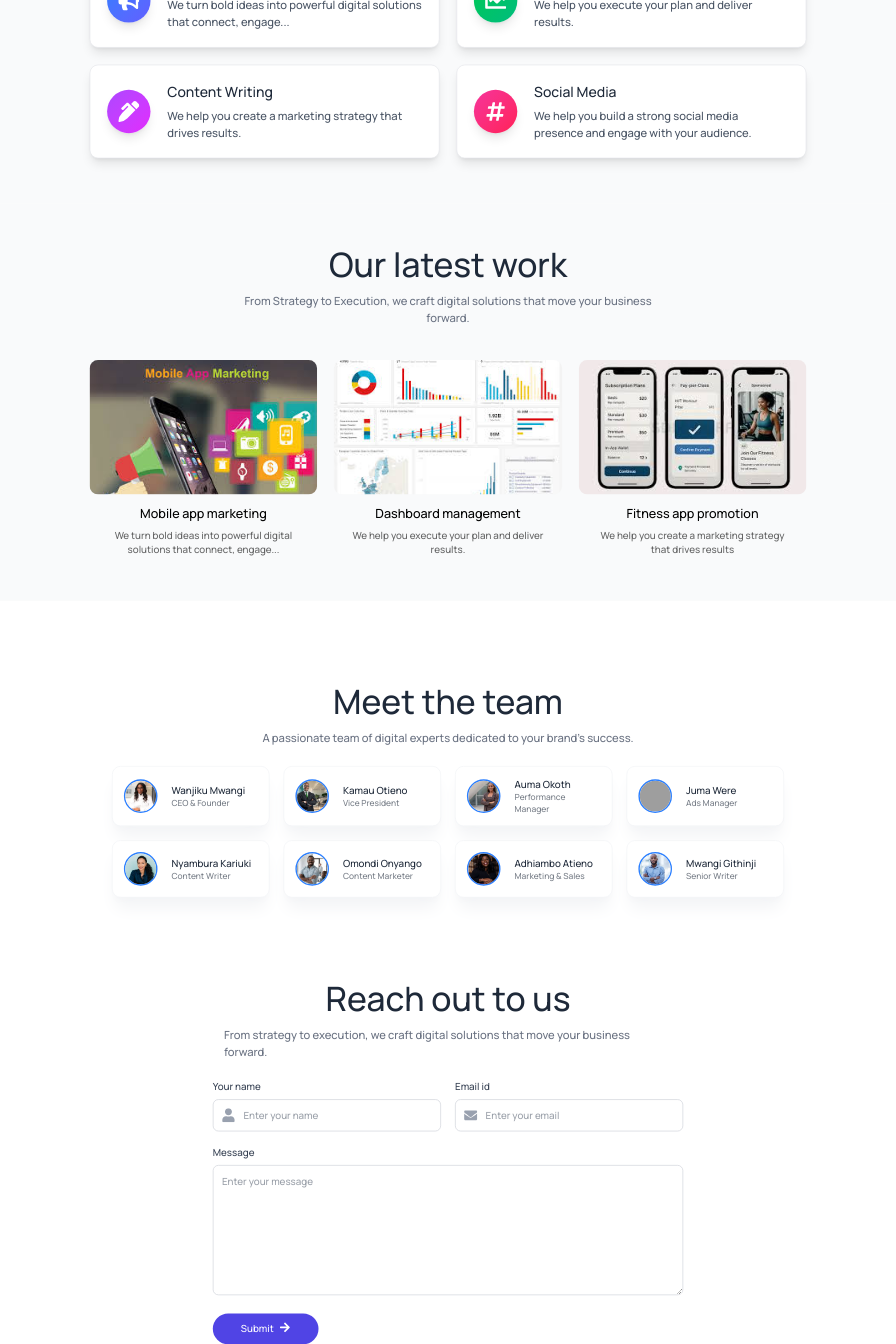
Repository: Prolenzy/magex
Page: /
These files come from the project's save history. The page is drawn as it stood at one moment and after a run of saves; the edit follows.
The browser window is 1280 px wide. The pictures show the part of the page from y = 1396 to 3316 px (the page is 3316 px tall), at 70% of full size.
Pictures or frames that could not be fetched are drawn as grey boxes. The project was rebuilt for these pictures with package versions that can differ from the ones it lists, and the page was loaded fresh each time. Also part of the build but not shown: vite.config.js.

Above is the page before, as saved 2025-08-17 03:36:44.

### index.html
<!doctype html>
<html lang="en" class="scroll-smooth">
  <head>
    <meta charset="UTF-8" />
    <link rel="icon" type="image/svg+xml" href="/touch-icon.png" />
    <meta name="viewport" content="width=device-width, initial-scale=1.0" />
    <title>Magex | Digital Experiences Powered by Imagination</title>
  </head>
  <body>
    <div id="root"></div>
    <script type="module" src="/src/main.jsx"></script>
  </body>
</html>

### src/index.css
@import url('https://fonts.googleapis.com/css2?family=Manrope:wght@200..800&display=swap');

@import "tailwindcss";

/* @custom-variant dark (&:where(.dark, .dark *)); */

*{
  font-family: "Manrope", sans-serif;
  font-weight: 500;
}

@theme {
  --color-primary: #5044E5;
}

### src/App.jsx
import React from 'react'
import Navbar from './components/Navbar'
import Hero from './components/Hero'
import Trustedby from './components/Trustedby'
import Services from './components/Services'
import OurWork from './components/OurWork'
import Teams from './components/Teams'
import ContactUs from './components/ContactUs'

const App = () => {
  return (
    <div>
      <Navbar />
      <Hero />
      <Trustedby />
      <Services />
      <OurWork />
      <Teams />
      <ContactUs />
    </div>
  )
}

export default App

### src/components/Navbar.jsx
import React, { useState } from 'react'

const Navbar = () => {

    const [sidebarOpen, setSidebarOpen] = useState(false)
  return (
    <div className='flex justify-between items-center px-4 sm:px-12 lg:px-24 xl:px-40 py-4
    sticky top-0 z-20 backdrop-blur-xl font-medium bg-white/50 dark:bg-gray-900/70'>

        <img src='/dox1.png' className='w-32 sm:w-40' alt=''/>

        <div className={`text-gray-700 sm:text-sm ${!sidebarOpen ? 'max-sm:w-0 overflow-hidden' :
        'max-sm:w-60 max-sm:pl-10'} max-sm:fixed top-0 bottom-0 right-0 max-sm:min-h-screen
        max-sm:h-full max-sm:flex-col max-sm:bg-primary max-sm:text-white max-sm:pt-20
        flex sm:items-center gap-5 transition-all`}>

             <img src='/ter1.png' alt='' className='w-5 absolute right-4 top-4 sm:hidden'
             onClick={() => setSidebarOpen(false)}/>

            <a onClick={() => setSidebarOpen(false)} href='#' className='sm:hover:border-b'>Home</a>
            <a onClick={() => setSidebarOpen(false)} href='#services' className='sm:hover:border-b'>services</a>
            <a onClick={() => setSidebarOpen(false)} href='#our-work' className='sm:hover:border-b'>Our Work</a>
            <a onClick={() => setSidebarOpen(false)} href='#contact-us' className='sm:hover:border-b'>Contact Us</a>
        </div>
        <div className='flex items-center gap-2 sm:gap-4'>

            <img src='/2001.png' alt='' onClick={() => setSidebarOpen(true)}
            className='w-8 sm:hidden' />
            <a href='#contact-us' className='text-sm max-sm:hidden flex items-center gap-2
            bg-primary text-white px-6 py-2 rounded-full cursor-pointer
            hover:scale-103 transition-all'>
                Connect <img src='/vay1.png' width={14} alt=''/>
            </a>
        </div>
    </div>
  )
}

export default Navbar

### src/components/Hero.jsx
import React from 'react'

const Hero = () => {
  return (
    <div id='hero' className='flex flex-col items-center gap-6 py-20 px-4 sm:px-12 lg:px-24
    xl:px-40 text-center w-full overflow-hidden text-gray-700'>

        <h1 className='text-4xl sm:text-5xl md:text-6xl xl:text-[84px] font-medium xl-leading-[95px]
        max-w-5xl'>
            Turning imaginations into <span className='bg-gradient-to-r from-[#5044e5]
            to-[#4d8cea] bg-clip-text text-transparent'>digital</span> impact.
        </h1>

        <p className='text-sm sm:text-lg font-medium text-gray-500 dark:text-white/75
        max-w-4/5 sm:max-w-lg pm-3'>Creating meaningful connections and turning big ideas
        into interactive digital
            experiences.</p>

            <div className='relative'>
                <img src='/macbook1.png' alt='' className='w-full max-w-6xl'/>
            </div>
    </div>
  )
}

export default Hero

### src/components/Trustedby.jsx
import React from 'react'

const Trustedby = () => {
    const company_logos = [
    '/Amazon1.png',
    '/fedex1.png',
    '/Hyundai1.png',
    '/mobil1.png',
    '/Nivea1.png',
    '/rolex1.png'
  ];
  return (
    <div className='flex flex-col items-center px-4 sm:px-12 lg:px-24 xl:px-40 gap-10
    text-gray-700 dark:text-white/80'>
        <h2 className='font-semibold'>Trusted by Leading Companies</h2>
        <div className='flex items-center justify-center flex-wrap gap-10 m-4'>
            {company_logos.map((logo, index) => (
                <img key={index} src={logo} alt={`Company Logo ${index + 1}`} className='max-h-10
                sm:max-h-12 md:max-h-14 dark:drop-shadow-1xl object-contain' />
            ))}
        </div>
    </div>
  )
}

export default Trustedby

### src/components/Services.jsx
import React from 'react';
import Title from './Title';
import {
  FaBullhorn, FaChartLine, FaPenAlt, FaHashtag
} from 'react-icons/fa';
import ServiceCard from './ServiceCard';

const Services = () => {
  const servicesData = [
    {
      title: 'Advertising',
      description: 'We turn bold ideas into powerful digital solutions that connect, engage...',
      icon: <FaBullhorn className="text-3xl" />,
      color: 'from-blue-500 to-indigo-500'
    },
    {
      title: 'Content Marketing',
      description: 'We help you execute your plan and deliver results.',
      icon: <FaChartLine className="text-3xl" />,
      color: 'from-green-500 to-emerald-500'
    },
    {
      title: 'Content Writing',
      description: 'We help you create a marketing strategy that drives results.',
      icon: <FaPenAlt className="text-3xl" />,
      color: 'from-purple-500 to-fuchsia-500'
    },
    {
      title: 'Social Media',
      description: 'We help you build a strong social media presence and engage with your audience.',
      icon: <FaHashtag className="text-3xl" />,
      color: 'from-pink-500 to-rose-500'
    }
  ];

  return (
    <section id='services' className='relative py-16 px-4 sm:px-8 lg:px-16 xl:px-32 bg-gray-50 dark:bg-gray-900'>
      <div className='max-w-7xl mx-auto flex flex-col items-center'> {/* Centered container */}
        <div className='w-full text-center mb-12'> {/* Full width but centered content */}
          <Title
            title='How can we help?'
            desc='From strategy to execution, we craft digital solutions that move your business forward.'
          />
        </div>

        <div className='grid grid-cols-1 md:grid-cols-2 gap-6 w-full'>
          {servicesData.map((service, index) => (
            <ServiceCard
              key={index}
              service={service}
              index={index}
            />
          ))}
        </div>
      </div>
    </section>
  );
};

export default Services;

### src/components/OurWork.jsx
import React from 'react'
import Title from './Title'

const OurWork = () => {
    const workData = [
        {
            title: 'Mobile app marketing',
            description: 'We turn bold ideas into powerful digital solutions that connect, engage...',
            image: '/mobile.jpeg'
        },
        {
            title: 'Dashboard management',
            description: 'We help you execute your plan and deliver results.',
            image: '/dashboard.jpeg'
        },
        {
            title: 'Fitness app promotion',
            description: 'We help you create a marketing strategy that drives results',
            image: '/fitness.jpeg'
        }
    ]

    return (
        <section id='our-work' className='py-16 px-4 sm:px-8 lg:px-16 xl:px-32 bg-gray-50 dark:bg-gray-900'>
            <div className='max-w-7xl mx-auto'>
                {/* Centered Title Section */}
                <div className='text-center mb-12'>
                    <Title
                        title='Our latest work'
                        desc='From Strategy to Execution, we craft digital solutions that move your business forward.'
                    />
                </div>

                {/* Centered Work Grid */}
                <div className='flex justify-center'>
                    <div className='grid sm:grid-cols-2 lg:grid-cols-3 gap-6 w-full max-w-5xl'>
                        {workData.map((work, index) => (
                            <div
                                key={index}
                                className='hover:scale-102 duration-500 transition-all cursor-pointer group text-center'
                            >
                                <div className='overflow-hidden rounded-xl mx-auto w-full'>
                                    <img
                                        src={work.image}
                                        className='w-full h-48 object-cover group-hover:scale-105 transition-transform duration-300'
                                        alt={work.title}
                                    />
                                </div>
                                <h3 className='mt-3 mb-2 text-lg font-semibold'>{work.title}</h3>
                                <p className='text-sm opacity-60 px-4'>{work.description}</p>
                            </div>
                        ))}
                    </div>
                </div>
            </div>
        </section>
    )
}

export default OurWork;

### src/components/Teams.jsx
import React from 'react';
import Title from './Title';

const Teams = () => {
  const teamData = [
    {
      name: 'Wanjiku Mwangi',
      title: 'CEO & Founder',
      image: '/wanjiku-ceo.jpeg' // Kenyan female executive
    },
    {
      name: 'Kamau Otieno',
      title: 'Vice President',
      image: '/kamau-vp.jpeg' // Kenyan male professional
    },
    {
      name: 'Auma Okoth',
      title: 'Performance Manager',
      image: '/auma-pm.jpeg' // Kenyan female manager
    },
    {
      name: 'Juma Were',
      title: 'Ads Manager',
      image: '/juma-ads.jpeg' // Kenyan male marketer
    },
    {
      name: 'Nyambura Kariuki',
      title: 'Content Writer',
      image: '/nyambura-writer.jpeg' // Kenyan female writer
    },
    {
      name: 'Omondi Onyango',
      title: 'Content Marketer',
      image: '/omondi-marketer.jpeg' // Kenyan male professional
    },
    {
      name: 'Adhiambo Atieno',
      title: 'Marketing & Sales',
      image: '/adhiambo-sales.jpeg' // Kenyan female sales executive
    },
    {
      name: 'Mwangi Githinji',
      title: 'Senior Writer',
      image: '/mwangi-senior-writer.jpeg' // Kenyan male senior professional
    }
  ];

  return (
    <div className='flex flex-col items-center gap-7 px-4 sm:px-12 lg:px-24 xl:px-40 pt-30 text-gray-800 dark:text-gray-100'>
      <Title
        title='Meet the team'
        desc="A passionate team of digital experts dedicated to your brand's success."
      />
      <div className='grid grid-cols-2 md:grid-cols-3 xl:grid-cols-4 gap-5 w-full'>
        {teamData.map((team, index) => (
          <div
            key={index}
            className='flex max-sm:flex-col items-center gap-5 p-4 rounded-xl border border-gray-100 dark:border-gray-700 bg-white dark:bg-gray-800 shadow-xl shadow-gray-100 dark:shadow-gray-900 hover:scale-103 transition-all duration-400'
          >
            <img
              src={team.image}
              className='w-12 h-12 rounded-full object-cover border-2 border-blue-500'
              alt={`${team.name}, ${team.title}`}
            />
            <div className='flex-1'>
              <h3 className='font-bold text-sm'>{team.name}</h3>
              <p className='text-xs opacity-60 dark:opacity-80'>{team.title}</p>
            </div>
          </div>
        ))}
      </div>
    </div>
  );
};

export default Teams;

### src/components/ContactUs.jsx
import React from 'react'
import Title from './Title'
import { FaArrowRight, FaEnvelope, FaUser } from 'react-icons/fa'; // Import the icon

const ContactUs = () => {
  return (
    <div id='contact-us' className='flex flex-col items-center gap-7 px-4 sm:px-12 lg:px-24 xl:px-40 pt-30
    text-gray-700'>
        <Title title='Reach out to us' desc='From strategy to execution, we craft digital solutions that move your
        business forward.' />

        <form className='grid sm:grid-cols-2 gap-3 sm:gap-5 max-w-2xl w-full'>
            <div>
                <p className='mb-2 text-sm font-medium'>Your name</p>
                <div className='flex items-center pl-3 rounded-lg border border-gray-300'>
                    {/* Use the React icon component instead of the img tag */}
                    <FaUser className='text-gray-400' size={20} />
                    <input
                        type='text'
                        placeholder='Enter your name'
                        className='w-full p-3 text-sm outline-none' required
                    />
                </div>
            </div>

            <div>
                <p className='mb-2 text-sm font-medium'>Email id</p>
                <div className='flex items-center pl-3 rounded-lg border border-gray-300'>
                    {/* Use the React icon component instead of the img tag */}
                    <FaEnvelope className='text-gray-400' size={20} />
                    <input
                        type='email'
                        placeholder='Enter your email'
                        className='w-full p-3 text-sm outline-none' required
                    />
                </div>
            </div>
            <div className='sm:col-span-2'>
                <p className='mb-2 text-sm font-medium'>Message</p>
                <textarea rows={8} placeholder='Enter your message' className='w-full p-3 text-sm outline-none
                rounded-lg border border-gray-300' />
            </div>

            <button
                type='submit'
                className='w-max flex gap-2 bg-primary text-white text-sm px-10 py-3 rounded-full
                cursor-pointer hover:scale-103 transition-all'
                >
                Submit <FaArrowRight size={16} />
            </button>
        </form>
    </div>
  )
}

export default ContactUs;

### src/components/Title.jsx
import React from 'react';

const Title = ({title, desc}) => {
  return (
    <div className='flex flex-col items-center'> {/* Ensures centering */}
      <h2 className='text-3xl sm:text-5xl font-medium text-gray-800 dark:text-white mb-4'>
        {title}
      </h2>
      <p className='max-w-2xl text-gray-500 dark:text-white/75 px-4'>
        {desc}
      </p>
    </div>
  );
};

export default Title;

### src/components/ServiceCard.jsx
import React, { useState, useRef } from 'react';

const ServiceCard = ({ service, index }) => {
  const [position, setPosition] = useState({ x: 0, y: 0 });
  const [visible, setVisible] = useState(false);
  const divRef = useRef(null);

  const handleMouseMove = (e) => {
    const bounds = divRef.current.getBoundingClientRect();
    setPosition({
      x: e.clientX - bounds.left,
      y: e.clientY - bounds.top
    });
  };

  return (
    <div
      ref={divRef}
      onMouseMove={handleMouseMove}
      onMouseEnter={() => setVisible(true)}
      onMouseLeave={() => setVisible(false)}
      className="relative h-full overflow-hidden rounded-xl border border-gray-200 dark:border-gray-700 shadow-lg hover:shadow-xl transition-all duration-300 bg-white dark:bg-gray-800"
    >
      {/* Animated gradient background */}
      <div
        className={`absolute inset-0 bg-gradient-to-br ${service.color} opacity-0 transition-opacity duration-500 ${visible ? 'opacity-10' : ''}`}
        style={{
          transform: `translate(calc(${position.x}px - 50%), calc(${position.y}px - 50%)`,
          backgroundPosition: `${position.x}px ${position.y}px`
        }}
      />

      {/* Content */}
      <div className="relative z-10 p-6 h-full flex flex-col sm:flex-row items-center gap-6">
        <div className={`p-4 rounded-full bg-gradient-to-br ${service.color} text-white shadow-lg`}>
          {service.icon}
        </div>

        <div className="flex-1">
          <h3 className="text-xl font-bold text-gray-800 dark:text-white mb-2">
            {service.title}
          </h3>
          <p className="text-gray-600 dark:text-gray-300">
            {service.description}
          </p>
        </div>
      </div>
    </div>
  );
};

export default ServiceCard;

Loaded but not shown: src/main.jsx (common file)

After the next 3 saves:
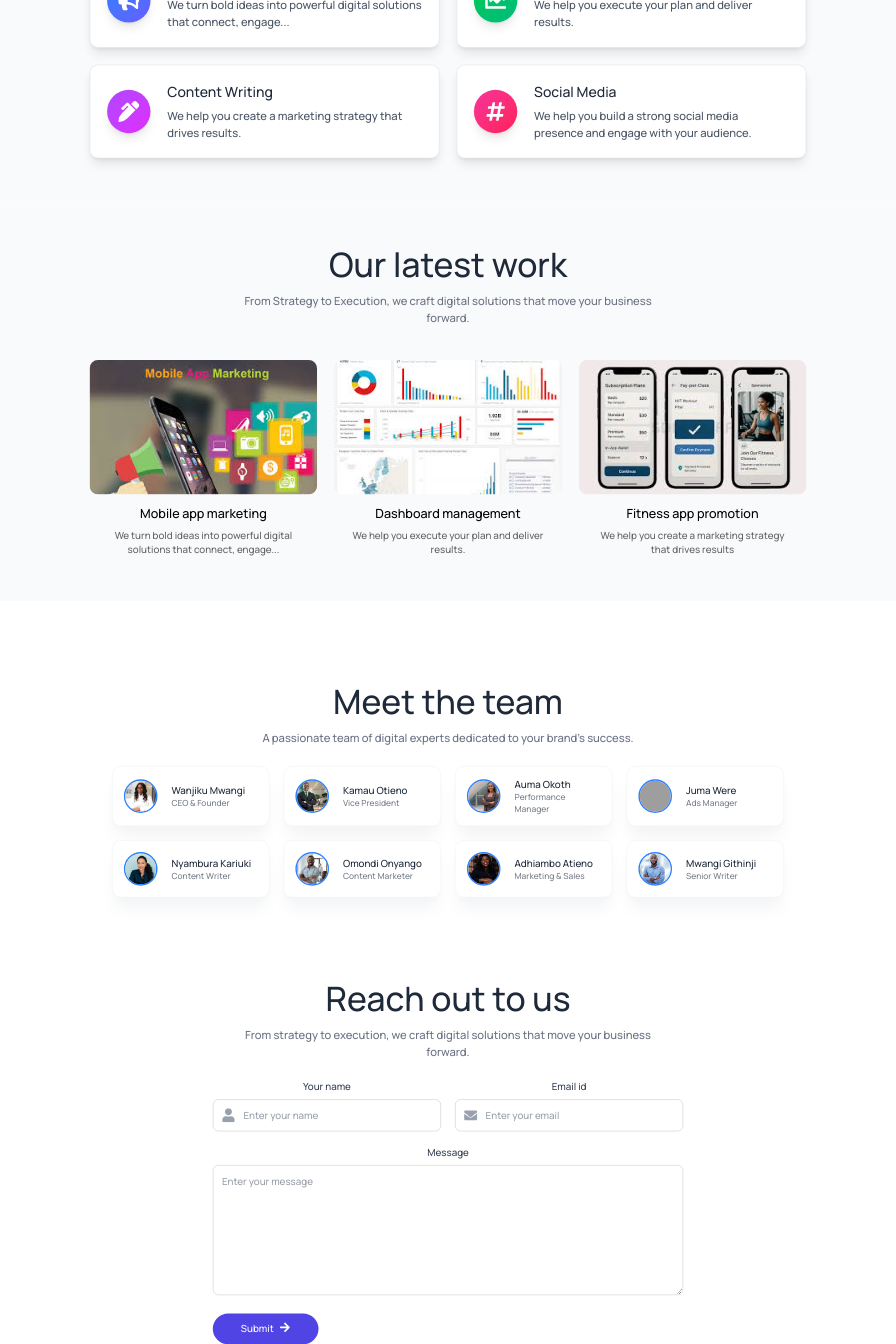
The 3 saves are shown as one change because they came seconds apart.
The last was saved 2 min 57 s later.
--- a/src/components/ContactUs.jsx
+++ b/src/components/ContactUs.jsx
@@ -5,7 +5,7 @@
 const ContactUs = () => {
   return (
     <div id='contact-us' className='flex flex-col items-center gap-7 px-4 sm:px-12 lg:px-24 xl:px-40 pt-30
-    text-gray-700'>
+    text-gray-700 text-center'>
         <Title title='Reach out to us' desc='From strategy to execution, we craft digital solutions that move your
         business forward.' />
 

After the save that followed:
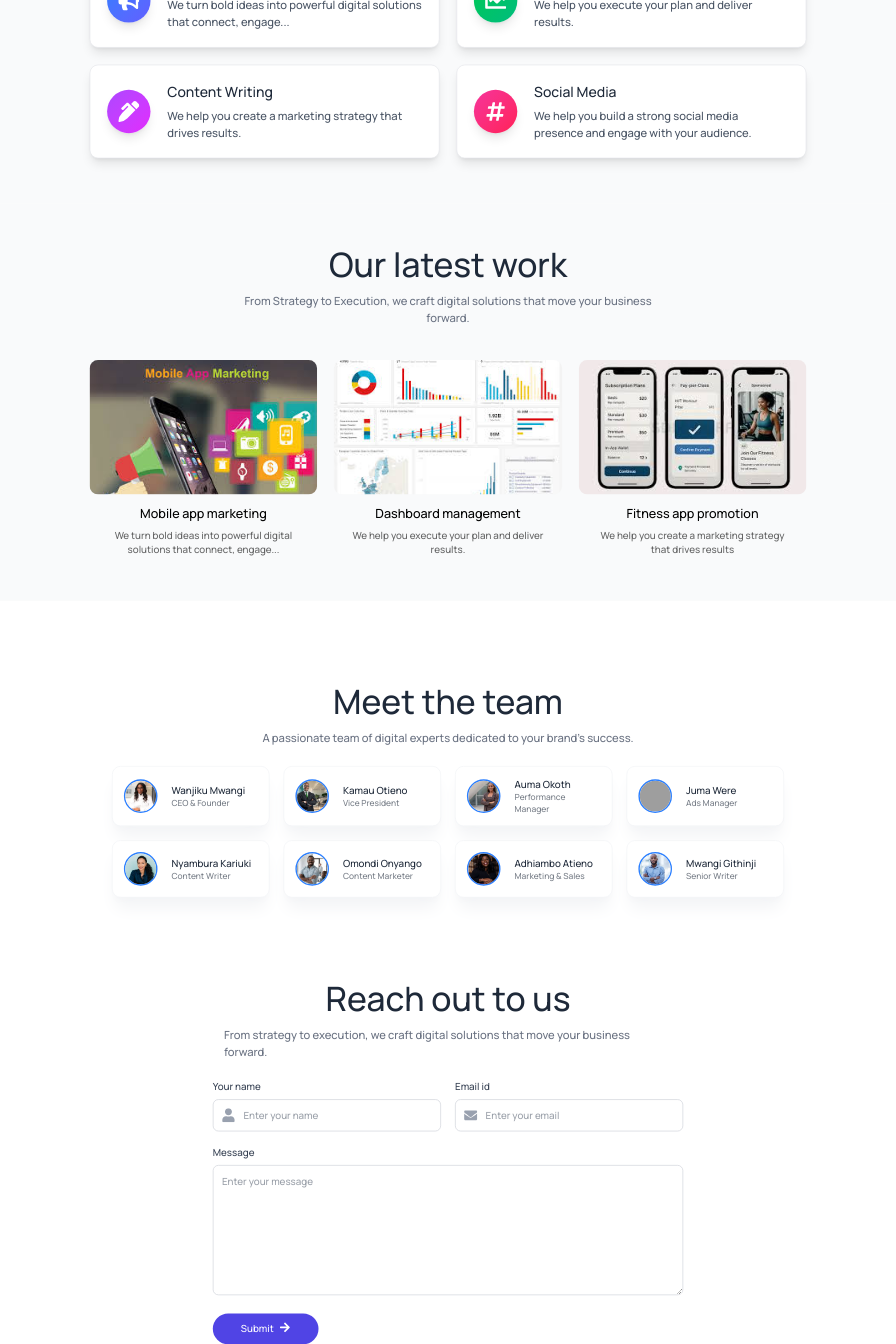
Saved 27 s later.
--- a/src/components/ContactUs.jsx
+++ b/src/components/ContactUs.jsx
@@ -5,7 +5,7 @@
 const ContactUs = () => {
   return (
     <div id='contact-us' className='flex flex-col items-center gap-7 px-4 sm:px-12 lg:px-24 xl:px-40 pt-30
-    text-gray-700 text-center'>
+    text-gray-700 '>
         <Title title='Reach out to us' desc='From strategy to execution, we craft digital solutions that move your
         business forward.' />
 
